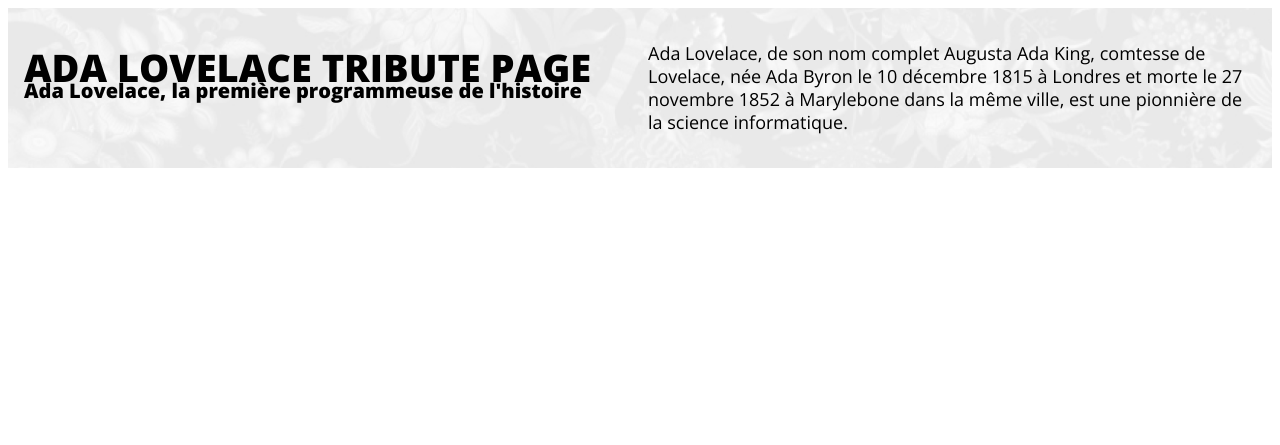
Repository: b3no1t/integration-training
Page: onepage-adalovelace/src/index.html
The author's editor kept a copy of each file at every save. The page is drawn from the files as they stood at one save, then again after the next save.
The browser window is 1280 px wide. The pictures show the whole page.

Above is the page before, as saved 2025-01-27 15:24:48.

### onepage-adalovelace/src/index.html
<!DOCTYPE html>
<html lang="en">
<head>
 <meta charset="UTF-8">
 <meta name="viewport" content="width=device-width, initial-scale=1.0">
 <link rel="preconnect" href="https://fonts.googleapis.com">
<link rel="preconnect" href="https://fonts.gstatic.com" crossorigin>
<link href="https://fonts.googleapis.com/css2?family=Open+Sans:ital,wght@0,300..800;1,300..800&display=swap" rel="stylesheet">
<link rel="stylesheet" href="./assets/css/main.css">
 <title>ADA LOVELACE</title>
</head>
<body>

<div class="wrapper">


<header>
 <div class="section-intro">
  <div>
  <h2>
   ADA LOVELACE TRIBUTE PAGE
   <span>
    Ada Lovelace, la première programmeuse de l'histoire
   </span>
  </h2>
 </div>
<div>
  <p>
   Ada Lovelace, de son nom complet Augusta Ada King, comtesse de Lovelace, née Ada Byron le 10 décembre 1815 à Londres et morte le 27 novembre 1852 à Marylebone dans la même ville, est une pionnière de la science informatique.
  </p>
 </div>
 </div>
</header>
<main>
 <section class="intro">
  <h2></h2>
  <div class="container">
   <p></p>
   <img src="" alt="">
  </div>
 </section>
 <section class="gallery">
  <!-- 4 imageshorizontale -->
 </section>
 <section>
  <!-- une image pleine largeur en fond avec du texte par dessus -->
 </section>
 <section>
  <h2></h2>
  <p></p>
 </section>
 <section>
  <h2></h2>
  <p></p>
 </section>
</main>
<footer>
 <img src="" alt="">
</footer>

</body>
</html>

### onepage-adalovelace/src/assets/css/main.css
/*
* ADA Style
*/

.wrapper {
  max-width: 1300px;
  width: 100%;
  margin-inline: auto;
}

/* layout*/
.full-width {
  width: 100%;
  margin: 0;
  background-image: url(../../assets/img/ada-illu2.png);
  background-size: cover;
  display: flex;
  justify-content: flex-end;
}

main > * + * {
  margin-top: 2em;
  border: 1px soid red;
}
.section-intro {
  background-image: url(../img/bg-header.png);
  background-size: cover;
  display: flex;
  justify-content: space-between;
  gap: 1rem;
  padding: 1em;

  & div {
    width: 50%;
  }
  & p {
    font-size: 18px;
    line-height: 23px;
  }
  & h2 {
    font-size: 38px;
    display: block;
    font-weight: 900;
  }
  & span {
    display: block;
    font-size: 20px;
  }
}

/*content*/
* {
  font-family: "open sans", -apple-system, BlinkMacSystemFont, "Segoe UI",
    Roboto, Oxygen, Ubuntu, Cantarell, "Open Sans", "Helvetica Neue", sans-serif;
}
.content {
  font-size: 26px;
  line-height: 42px;
  font-weight: 600;
}
h1 {
  font-size: 4rem;
  font-weight: 900;
}
h2 {
  font-size: 2rem;
  line-height: 23px;
}
p {
  font-size: 1.2rem;
}

After the next save:
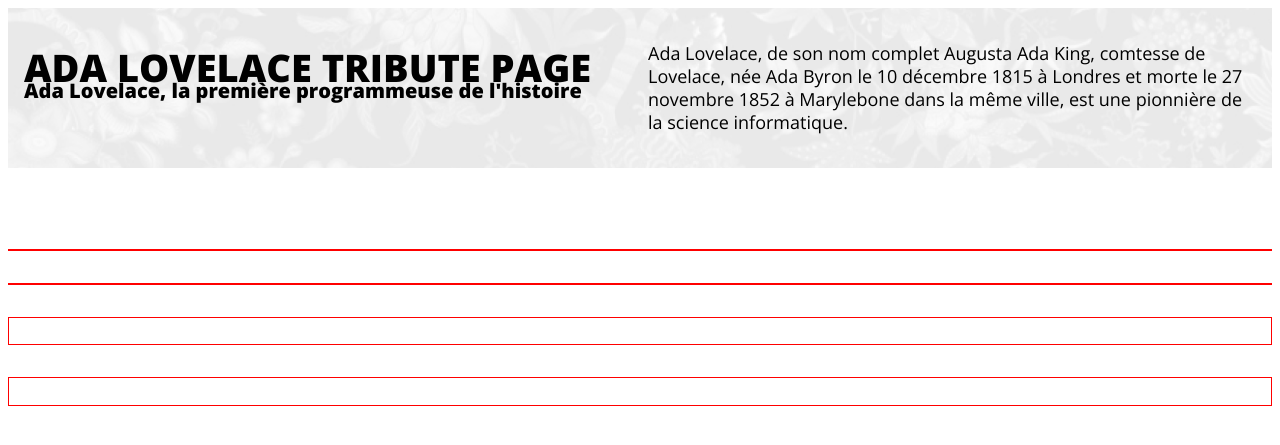
Saved 7 min 17 s later.
--- a/onepage-adalovelace/src/assets/css/main.css
+++ b/onepage-adalovelace/src/assets/css/main.css
@@ -20,7 +20,7 @@
 
 main > * + * {
   margin-top: 2em;
-  border: 1px soid red;
+  border: 1px solid red;
 }
 .section-intro {
   background-image: url(../img/bg-header.png);
